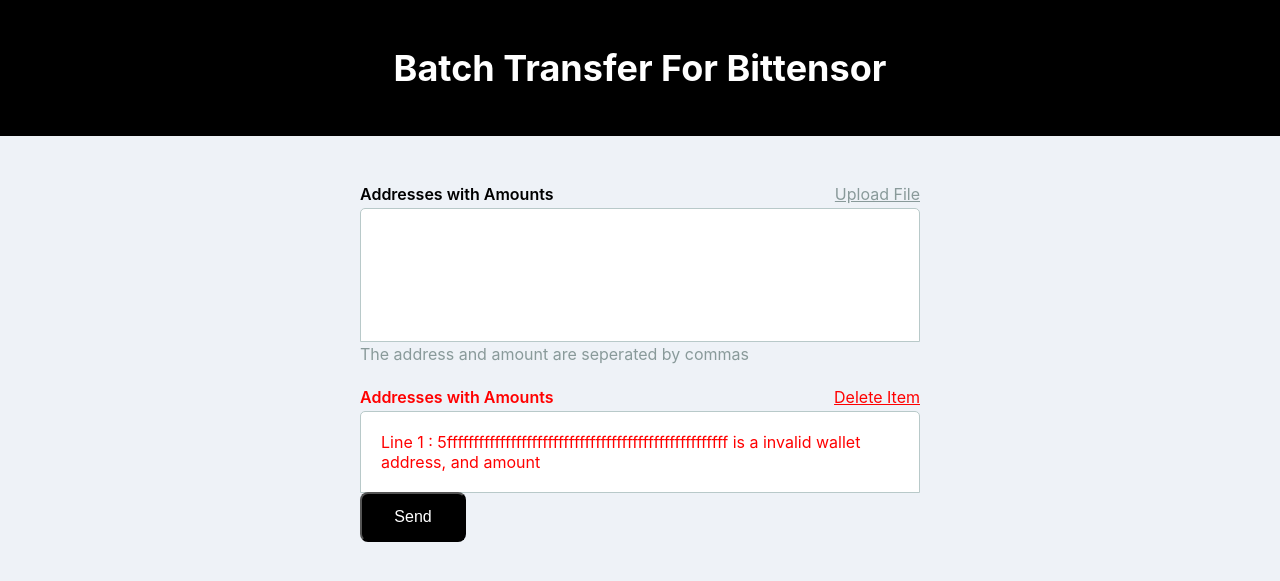
Repository: Dawid-Ace/batch_transfer_tao_master_ui
Page: /
An editor plug-in stored every save of this project. The page is shown before and after the next save, followed by the edit.
The browser window is 1280 px wide. The pictures show the whole page.
The project was rebuilt for these pictures with package versions that can differ from the ones it lists, and the page was loaded fresh each time.

Above is the page before, as saved 2023-05-10 04:33:03.

After the next save:
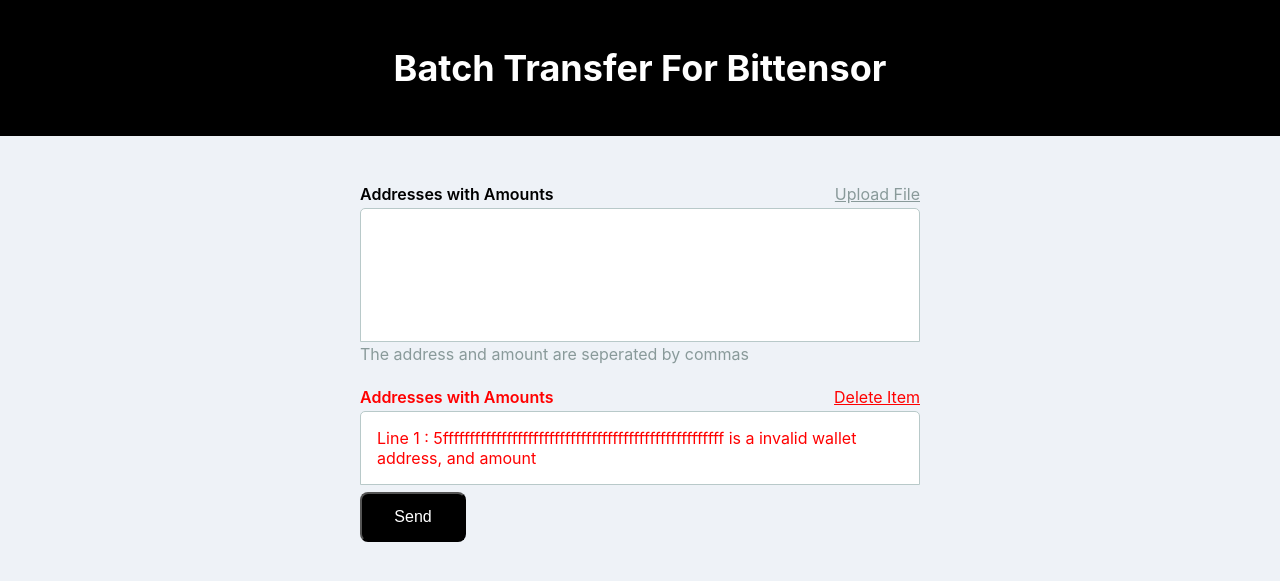
Saved 7 s later.
--- a/src/components/TransferForm/index.jsx
+++ b/src/components/TransferForm/index.jsx
@@ -151,7 +151,7 @@
     border: solid 1px #B8C9C9;
     border-top-left-radius: 5px;
     border-top-right-radius: 5px;
-    padding: 20px;
+    padding: 16px;
     background-color: white;
     min-height: 40px;
   `
